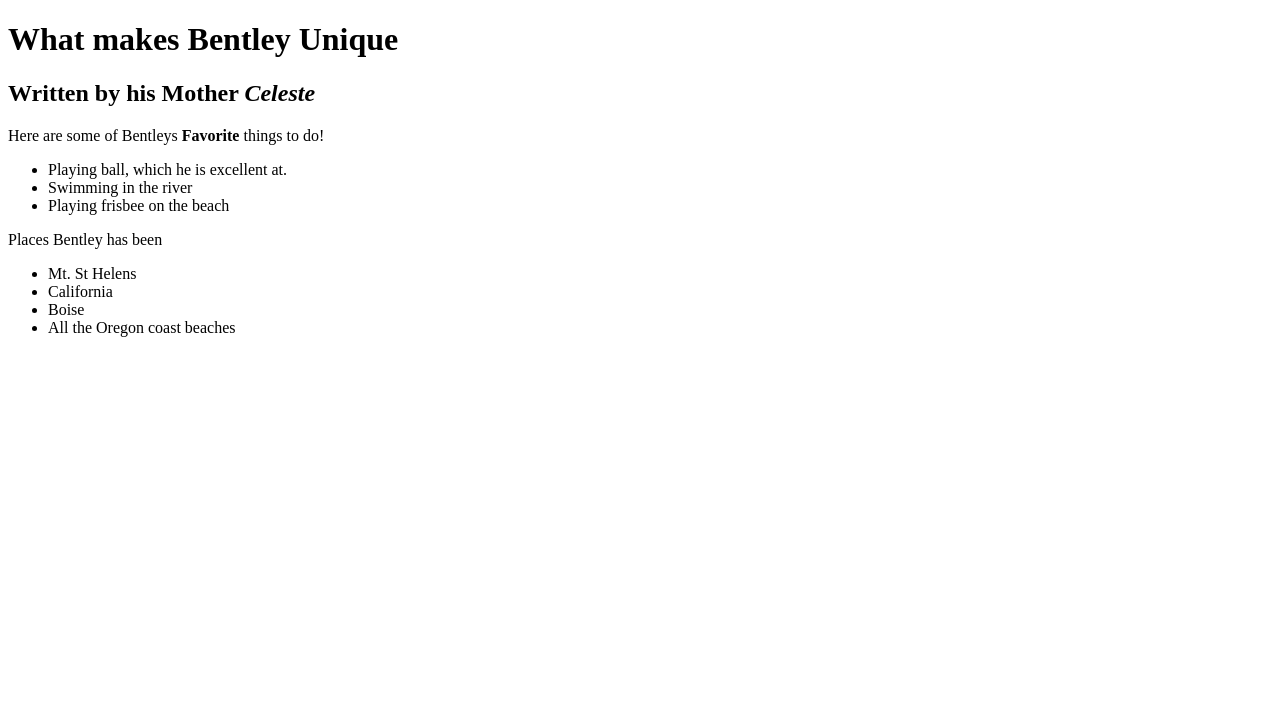
Repository: fieldceleste/bentley-boy
Page: bentley-boy.html
An editor plug-in stored every save of this project. The page is shown before and after the next save, followed by the edit.
The browser window is 1280 px wide. The pictures show the whole page.

Above is the page before, as saved 2019-10-23 19:34:06.

After the next save:
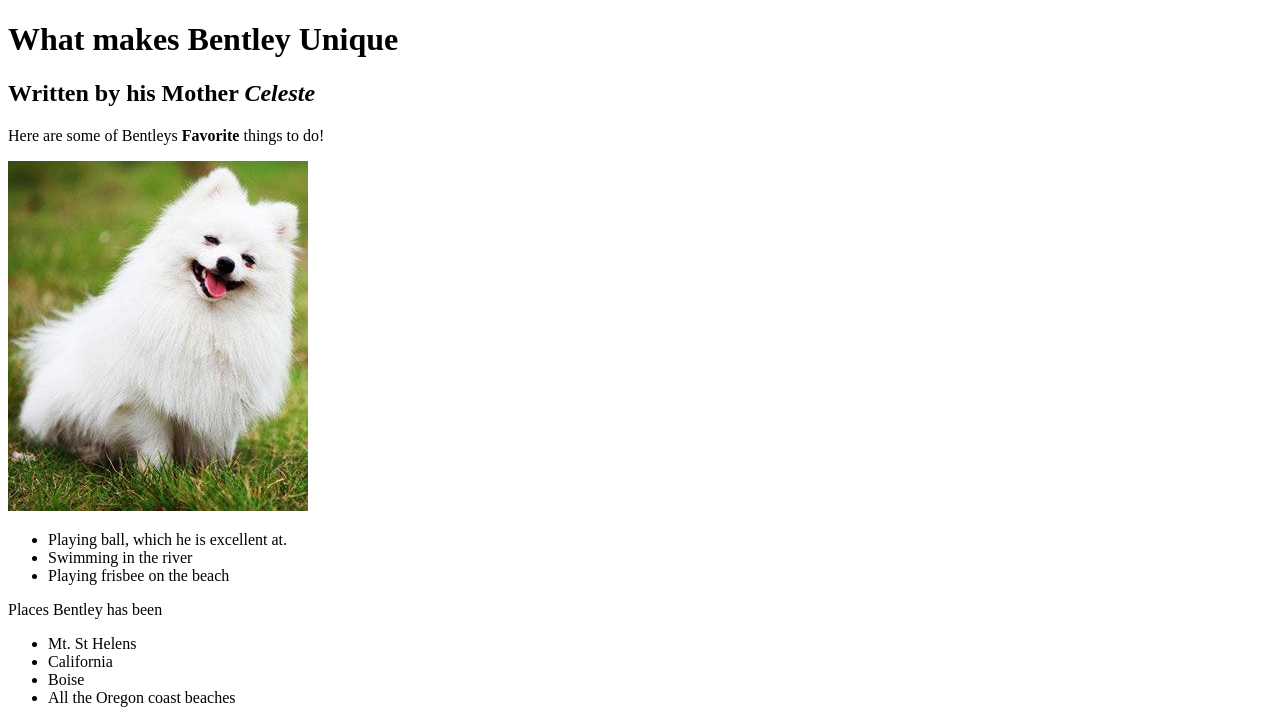
Saved 6 min 14 s later.
--- a/bentley-boy.html
+++ b/bentley-boy.html
@@ -7,6 +7,7 @@
     <h1>What makes Bentley Unique</h1>
     <h2>Written by his Mother <em>Celeste</em></h2>
     <p>Here are some of Bentleys <strong>Favorite</strong> things to do!</p>
+       <img src="img./bentley.jpeg"alt="photo of pom">
     <ul>
       <li>Playing ball, which he is excellent at.</li>
       <li>Swimming in the river</li>
